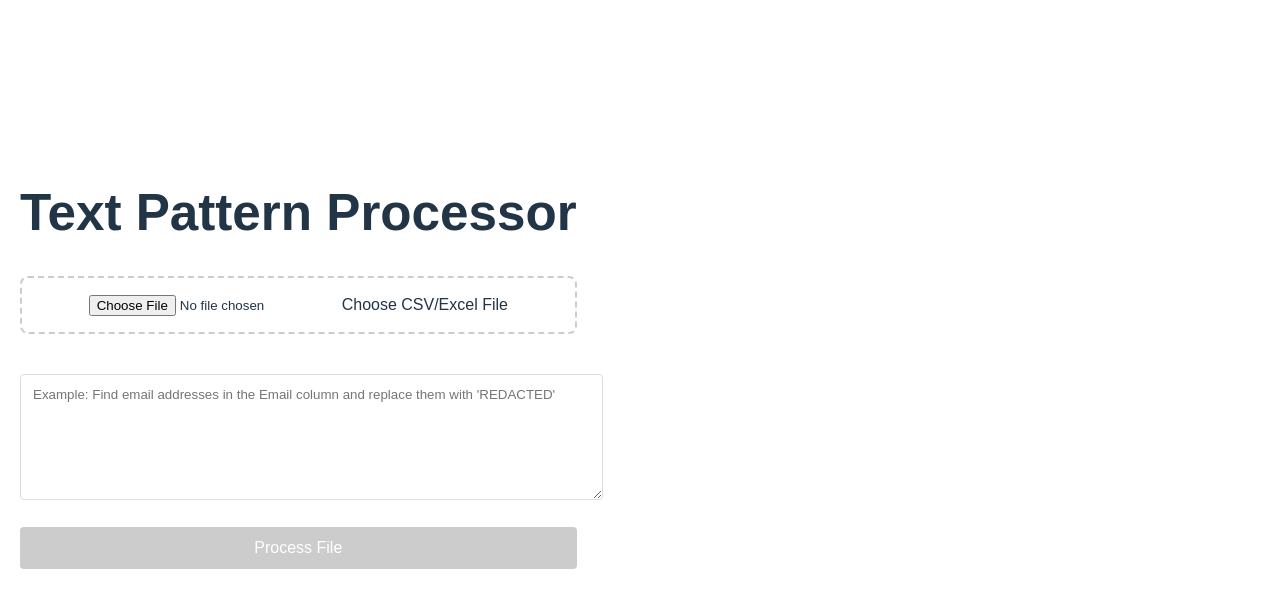
Repository: Rainman4301/techni_assess
Page: / (app in front_end/)
An editor plug-in stored every save of this project. The page is shown before and after a run of saves, followed by the edit.
The browser window is 1280 px wide. The pictures show the whole page.
The project was rebuilt for these pictures with package versions that can differ from the ones it lists, and the page was loaded fresh each time. Also part of the build but not shown: front_end/vite.config.js.

Above is the page before, as saved 2025-02-06 00:52:03.

### front_end/src/App.jsx
import { useState } from 'react'
import axios from 'axios'
// import reactLogo from './assets/react.svg'
// import viteLogo from '/vite.svg'
import './App.css'




function App() {
  const [file, setFile] = useState(null);
  const [userInput, setUserInput] = useState('');
  const [processedData, setProcessedData] = useState(null);
  const [isProcessing, setIsProcessing] = useState(false);
  const [regexPattern, setRegexPattern] = useState('');

  const handleProcess = async (e) => {
    e.preventDefault();
    setIsProcessing(true);

    try {
      const formData = new FormData();
      formData.append('file', file);
      formData.append('user_input', userInput);

      const response = await axios.post('http://localhost:8000', formData, {
        headers: {
          'Content-Type': 'multipart/form-data',
          'Accept': 'application/json',
        }
      });



      setProcessedData(response.data.processed_data);
    }
    catch (error) {
      console.error('Processing error:', error);
      alert('Error processing file: ' + (error.response?.data?.error || error.message));
    }
    finally {
      setIsProcessing(false);
    }
  };


  console.log('Regex Pattern:', regexPattern);  // Check if regexPattern is populated



  return (
    <div className="container">
      <h1>Text Pattern Processor</h1>

      {/* File Upload */}
      <div className="upload-section">
        <label className="file-input-label">
          <input
            type="file"
            accept=".csv,.xlsx,.xls"
            onChange={(e) => setFile(e.target.files[0])}
          />
          {file ? file.name : "Choose CSV/Excel File"}
        </label>
      </div>

      {/* Combined Input */}
      <div className="input-section">
        <textarea
          value={userInput}
          onChange={(e) => setUserInput(e.target.value)}
          placeholder="Example: Find email addresses in the Email column and replace them with 'REDACTED'"
          rows="3"
        />
      </div>

      {/* Process Button */}
      <button
        onClick={handleProcess}
        disabled={!file || !userInput || isProcessing}
        className="process-button"
      >
        {isProcessing ? 'Processing...' : 'Process File'}
      </button>

      {/* Display Regex Pattern */}
      {regexPattern && (
        <div className="regex-section">
          <h2>Regex Pattern</h2>
          <pre>{regexPattern}</pre>
        </div>
      )}


      {/* Results Display */}
      {processedData && (
        <div className="results-section">
          <h2>Processed Results</h2>
          <div className="results-table">
            <table>
              <thead>
                <tr>
                  {Object.keys(processedData[0]).map((header) => (
                    <th key={header}>{header}</th>
                  ))}
                </tr>
              </thead>
              <tbody>
                {processedData.map((row, index) => (
                  <tr key={index}>
                    {Object.values(row).map((value, cellIndex) => (
                      <td key={cellIndex}>{value}</td>
                    ))}
                  </tr>
                ))}
              </tbody>
            </table>
          </div>
        </div>
      )}
    </div>
  );
}

export default App;

### front_end/src/App.css
.container {
  max-width: 800px;
  margin: 2rem auto;
  padding: 20px;
  font-family: Arial, sans-serif;
}

.upload-section {
  margin: 20px 0;
}

.file-input-label {
  display: block;
  padding: 15px;
  border: 2px dashed #ccc;
  border-radius: 8px;
  text-align: center;
  cursor: pointer;
}

.file-input-label:hover {
  border-color: #007bff;
}

.input-section textarea {
  width: 100%;
  padding: 12px;
  border: 1px solid #ddd;
  border-radius: 4px;
  resize: vertical;
  min-height: 100px;
  margin: 20px 0;
  font-family: inherit;
}

.process-button {
  background: #007bff;
  color: white;
  padding: 12px 24px;
  border: none;
  border-radius: 4px;
  cursor: pointer;
  width: 100%;
  font-size: 16px;
}

.process-button:disabled {
  background: #cccccc;
  cursor: not-allowed;
}

.results-section {
  margin-top: 30px;
}

.results-table {
  overflow-x: auto;
}

table {
  width: 100%;
  border-collapse: collapse;
  margin-top: 15px;
}

th, td {
  padding: 12px;
  text-align: left;
  border-bottom: 1px solid #ddd;
}

th {
  background-color: #f8f9fa;
}

Loaded but not shown: front_end/index.html (common file); front_end/src/main.jsx (common file); front_end/src/index.css (common file)

After the next 2 saves:
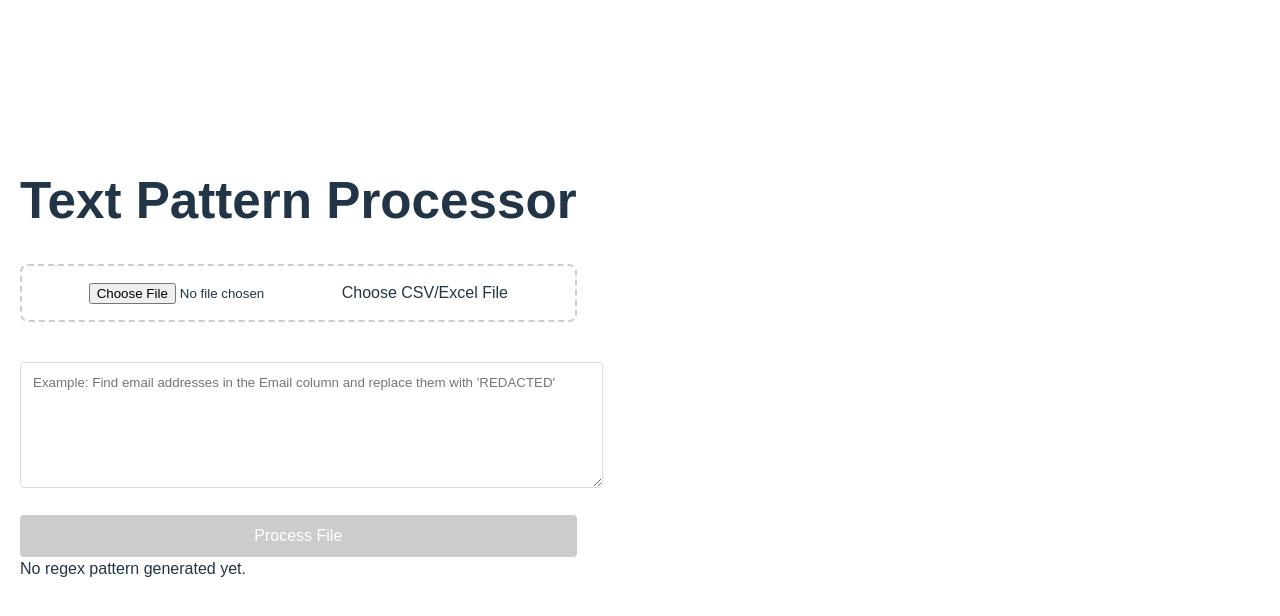
The 2 saves are shown as one change because they came seconds apart.
The last was saved 69 s later.
--- a/front_end/src/App.jsx
+++ b/front_end/src/App.jsx
@@ -84,11 +84,13 @@ function App() {
       </button>
 
       {/* Display Regex Pattern */}
-      {regexPattern && (
+      {regexPattern ? (
         <div className="regex-section">
           <h2>Regex Pattern</h2>
           <pre>{regexPattern}</pre>
         </div>
+      ) : (
+        <div>No regex pattern generated yet.</div>  // Fallback message
       )}
 
 
